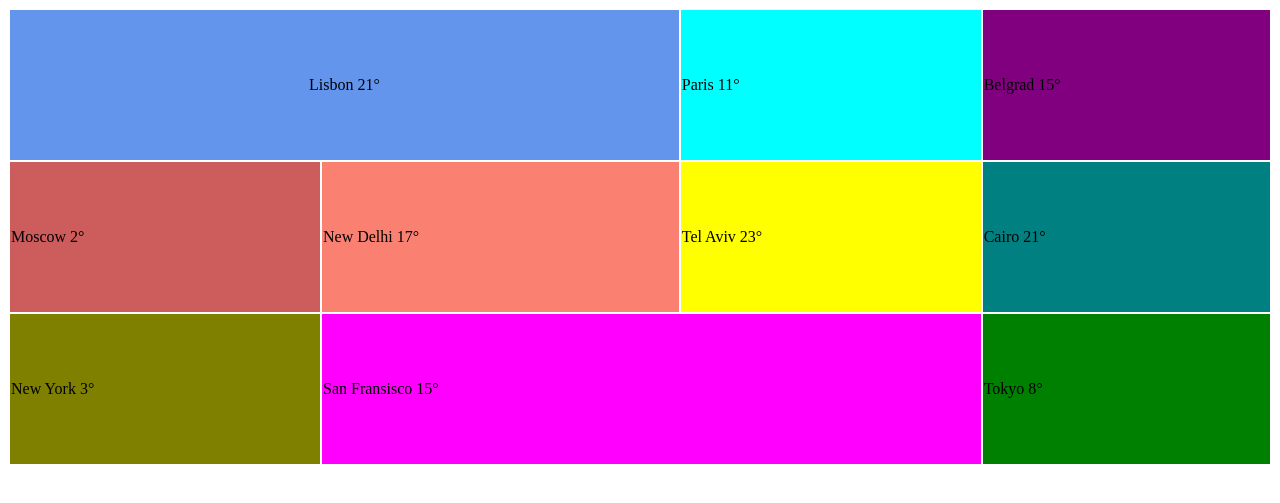
Repository: aysedo/html
Page: Week_2/index.html
An editor plug-in stored every save of this project. The page is shown before and after the next save, followed by the edit.
The browser window is 1280 px wide. The pictures show the whole page.

Above is the page before, as saved 2021-08-24 14:45:35.

### Week_2/index.html
<!DOCTYPE html>
<html lang="en">
  <head>
    <meta charset="UTF-8" />
    <meta http-equiv="X-UA-Compatible" content="IE=edge" />
    <meta name="viewport" content="width=device-width, initial-scale=1.0" />
    <title>Document</title>
  </head>
  <body>
    <table width="100%">
      <tr height="150">
        <td colspan="2" bgcolor="cornflowerblue" align="center"> Lisbon 21° </td>
        <td bgcolor="Aqua"> Paris 11° </td>
        <td bgcolor="Purple">Belgrad 15°</td>
      </tr>
      <tr height="150">
        <td bgcolor="Indianred"> Moscow 2° </td>
        <td bgcolor="Salmon"> New Delhi 17° </td>
        <td bgcolor="Yellow"> Tel Aviv 23°</td>
        <td bgcolor="Teal"> Cairo 21° </td>
      </tr>
      <tr height="150">
        <td bgcolor="Olive"> New York 3°</td>
        <td colspan="2" bgcolor="Fuchsia"> San Fransisco 15° </td>
        <td bgcolor="Green"> Tokyo 8° </td>
      </tr>
    </table>
  </body>
</html>

After the next save:
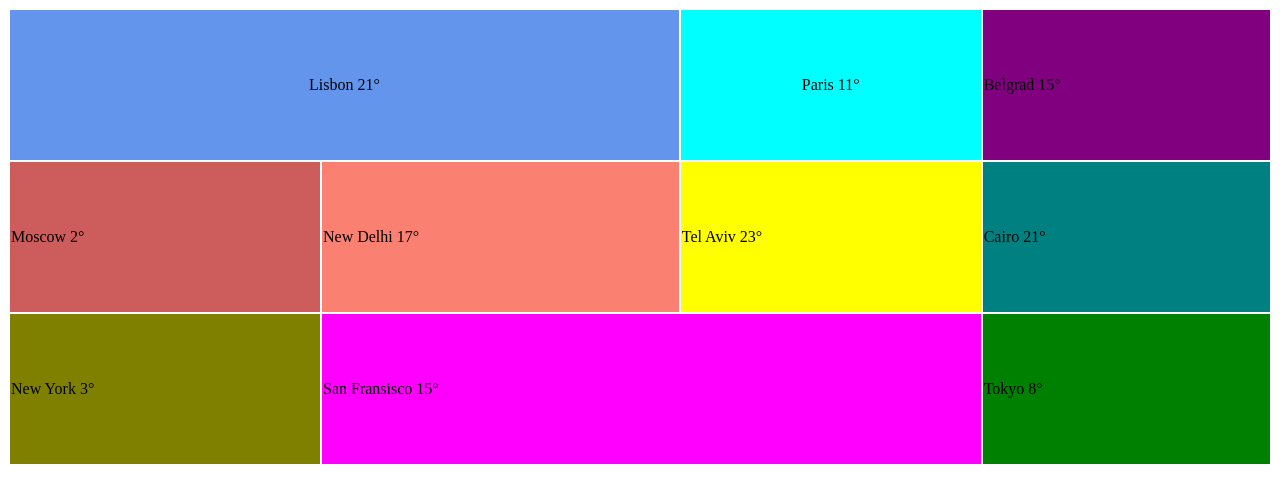
Saved 13 s later.
--- a/Week_2/index.html
+++ b/Week_2/index.html
@@ -10,7 +10,7 @@
     <table width="100%">
       <tr height="150">
         <td colspan="2" bgcolor="cornflowerblue" align="center"> Lisbon 21° </td>
-        <td bgcolor="Aqua"> Paris 11° </td>
+        <td bgcolor="Aqua" align="center"> Paris 11° </td>
         <td bgcolor="Purple">Belgrad 15°</td>
       </tr>
       <tr height="150">
